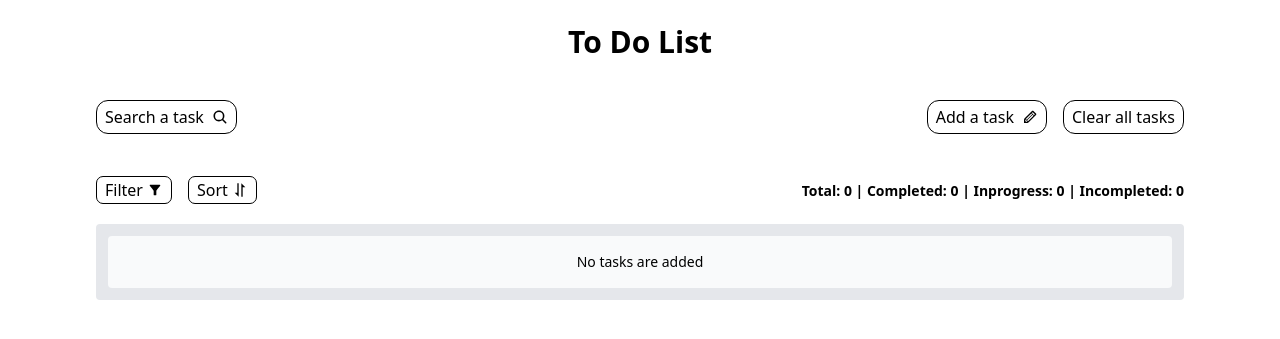
Repository: Priya-creates/Taskly
Page: /
These files come from the project's save history. The page is drawn as it stood at one moment and after the next save; the edit follows.
The browser window is 1280 px wide. The pictures show the whole page.
The project was rebuilt for these pictures with package versions that can differ from the ones it lists, and the page was loaded fresh each time. Also part of the build but not shown: vite.config.js, src/components/AddTask.jsx, src/components/SearchTask.jsx, src/components/Filter.jsx, src/components/Sort.jsx.

Above is the page before, as saved 2025-10-02 18:39:35.

After the next save:
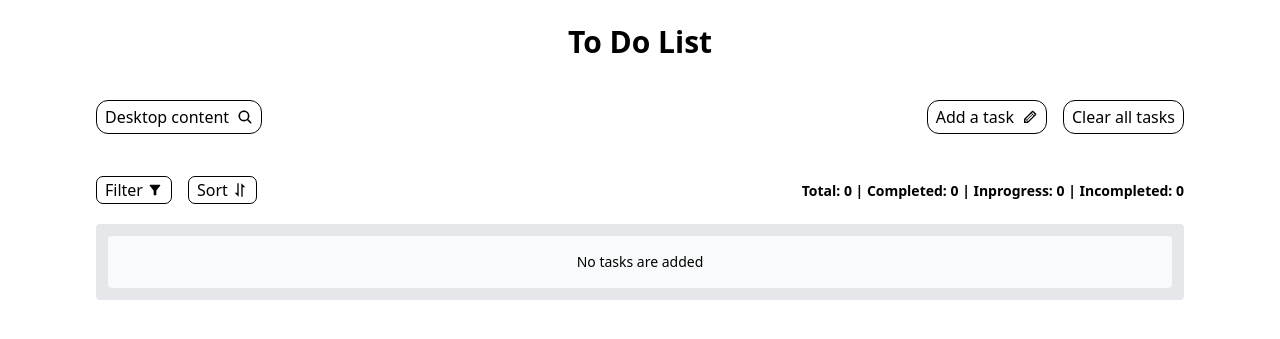
Saved 18 s later.
--- a/src/App.jsx
+++ b/src/App.jsx
@@ -86,7 +86,7 @@ const App = () => {
              hover:bg-black hover:text-white cursor-pointer
              text-sm sm:text-base py-1 sm:py-1 px-2 sm:px-2 "
         >
-          <p>Search a task</p>
+          <p>{isMobile ? "Mobile content" : "Desktop content"}</p>
           <IoSearch />
         </div>
         <div className="flex gap-4">
